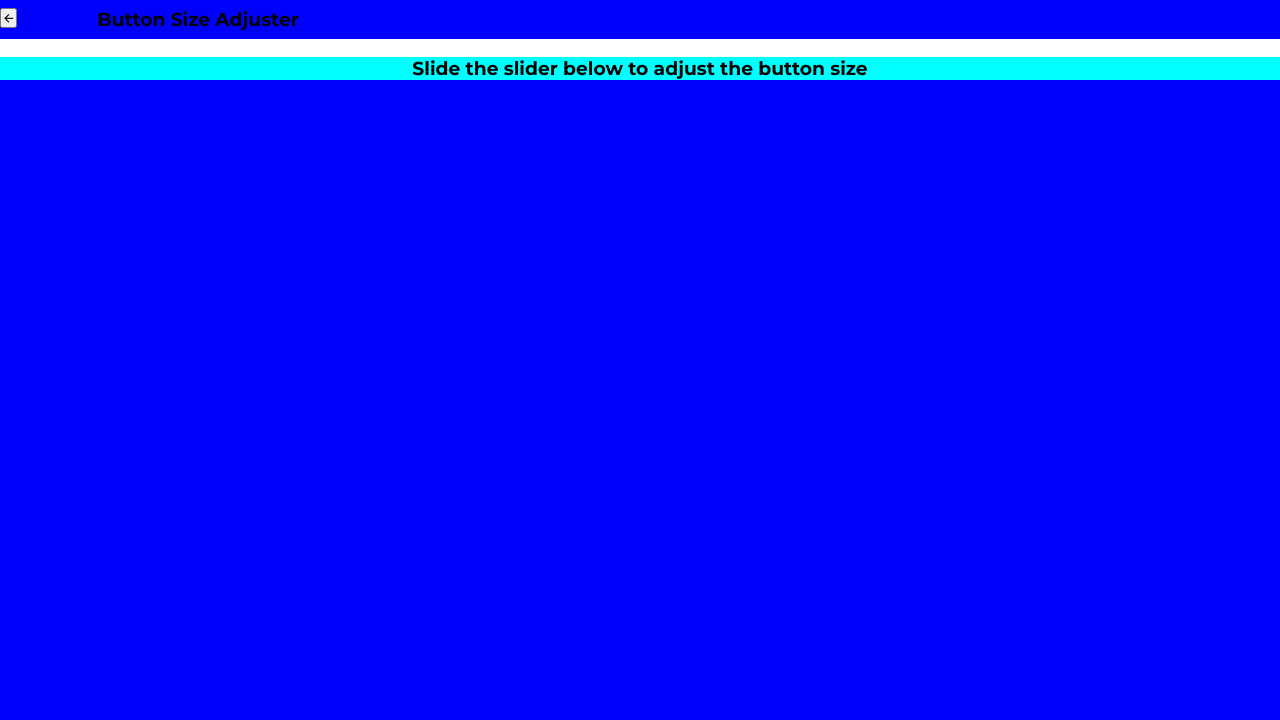
Repository: EguJaredoBoyd/Jared-Counter-App
Page: settings.html
These files come from the project's save history. The page is drawn as it stood at one moment and after the next save; the edit follows.
The browser window is 1280 px wide. The pictures show the whole page.

Above is the page before, as saved 2025-12-03 15:18:32.
Console error: TypeError: Cannot set properties of null (setting 'textContent')

After the next save:
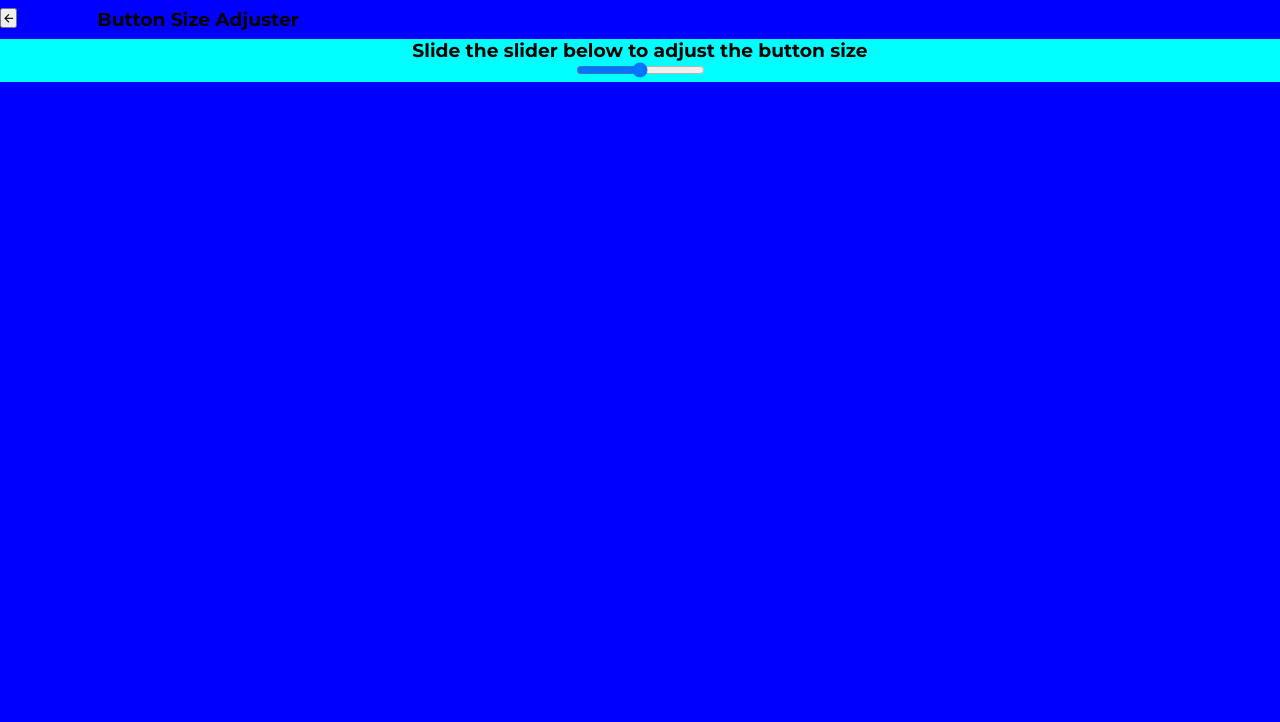
Saved 34 s later.
--- a/settings.html
+++ b/settings.html
@@ -26,6 +26,7 @@
     <main>
         <div class="main__div--slider">
             <h3>Slide the slider below to adjust the button size</h3>
+            <input type="range">
         </div>
     </main>
 
